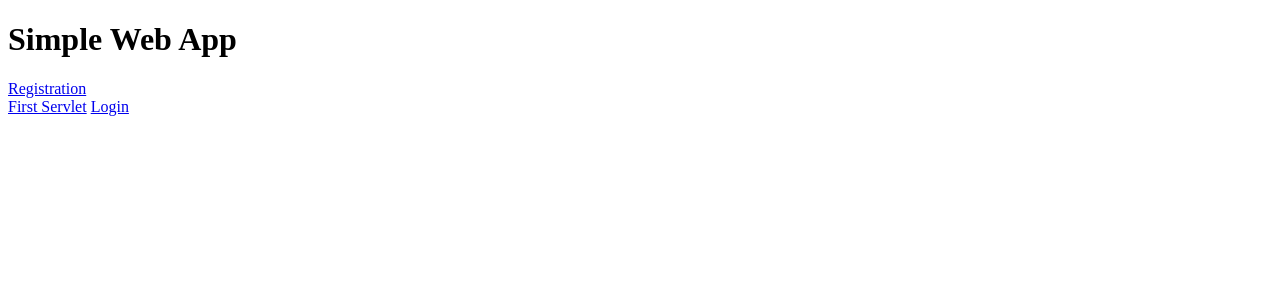
Repository: aradhyakasat/training_projects
Page: eclipse-workspace/simpleweb/WebContent/index.html
An editor plug-in stored every save of this project. The page is shown before and after the next save, followed by the edit.
The browser window is 1280 px wide. The pictures show the whole page.

Above is the page before, as saved 2018-07-27 06:30:37.

### eclipse-workspace/simpleweb/WebContent/index.html
<!DOCTYPE html>
<html>
<head>
<meta charset="ISO-8859-1">
<title>Simple web Application</title>
</head>
<body>
	<h1>Simple Web App</h1>
	<a href="register.html">Registration</a> <br/>
	<a href="first">First Servlet</a>
	<a href="login.html">Login</a>

</body>
</html>

After the next save:
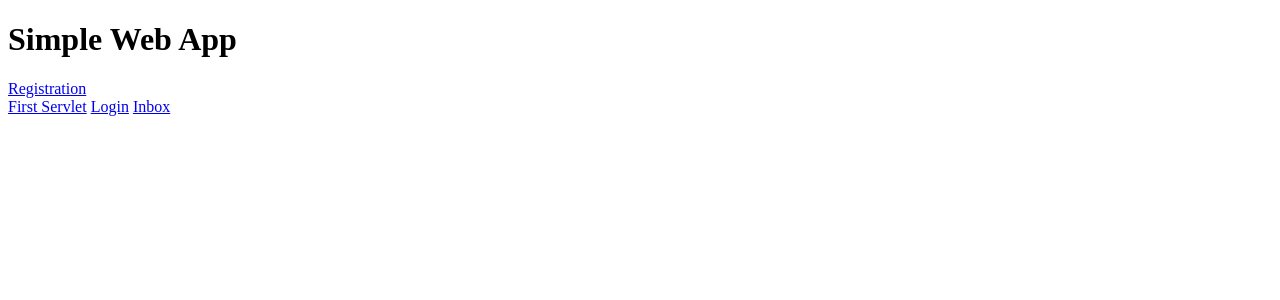
Saved 5 min 4 s later.
--- a/eclipse-workspace/simpleweb/WebContent/index.html
+++ b/eclipse-workspace/simpleweb/WebContent/index.html
@@ -9,6 +9,7 @@
 	<a href="register.html">Registration</a> <br/>
 	<a href="first">First Servlet</a>
 	<a href="login.html">Login</a>
+	<a href="InboxServlet">Inbox</a>
 
 </body>
 </html>
